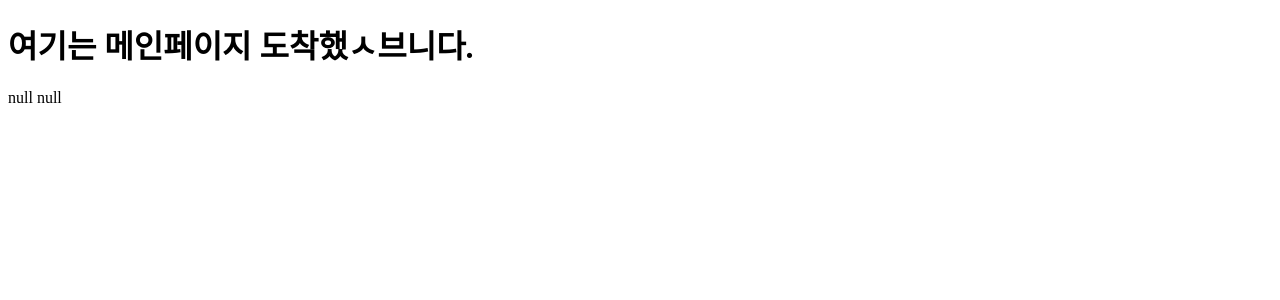
Repository: stonegorilla/StonePortFolio
Page: http://localhost/Backend_pjt/board/main.jsp
The author's editor kept a copy of each file at every save. The page is drawn from the files as they stood at one save, then again after the next save.
The browser window is 1280 px wide. The pictures show the whole page.
The page is served by Tomcat 9.

Above is the page before, as saved 2022-09-15 07:21:37.

After the next save:
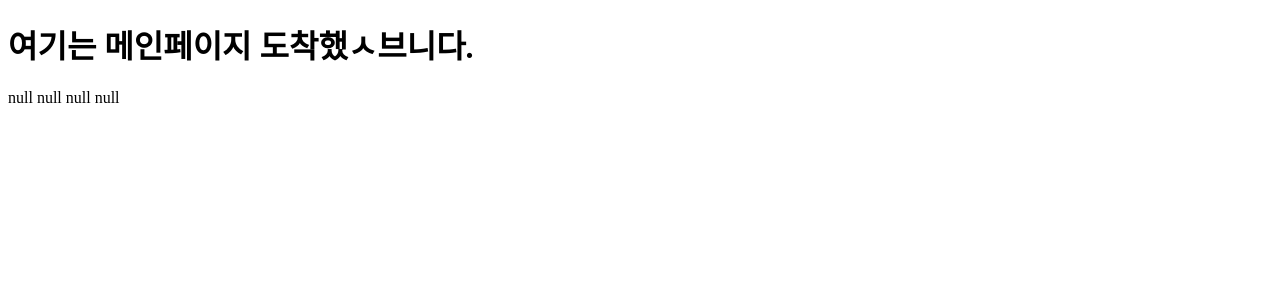
Saved 106 s later.
--- a/backendpjt/Backend_pjt/WebContent/board/main.jsp
+++ b/backendpjt/Backend_pjt/WebContent/board/main.jsp
@@ -11,5 +11,7 @@
 	<h1>여기는 메인페이지 도착했ㅅ브니다. </h1>
 	<%= session.getAttribute("userIndex") %>
 	<%= session.getAttribute("loginUser") %>
+	<%= session.getAttribute("userName") %>
+	<%= session.getAttribute("userNickName") %>
 </body>
 </html>
